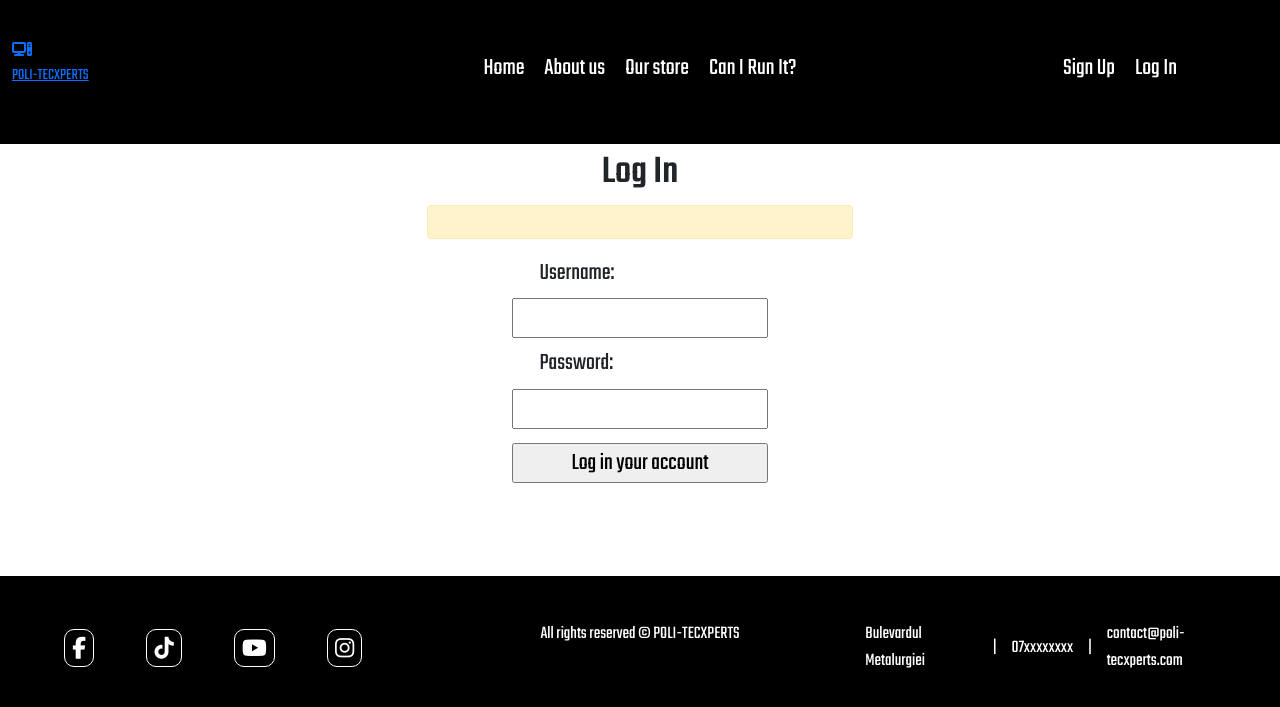
Repository: cristibtz/POLI_TECXPERTS
Page: login/login.html
An editor plug-in stored every save of this project. The page is shown before and after the next save, followed by the edit.
The browser window is 1280 px wide. The pictures show the whole page.

Above is the page before, as saved 2024-04-27 18:00:23.

After the next save:
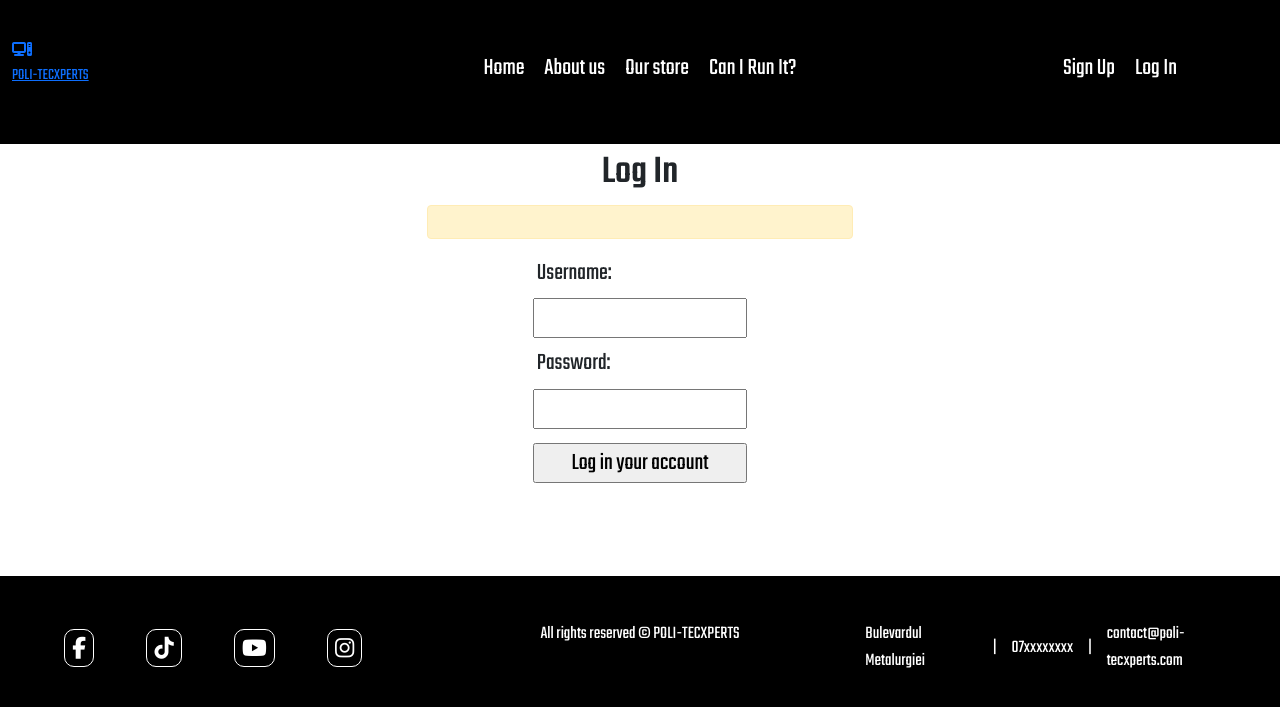
Saved 62 s later.
--- a/css/forms.css
+++ b/css/forms.css
@@ -1,6 +1,6 @@
 form .row input {
     margin: 1vh auto;
-    width: 20vw;
+    width: 50%;
     text-align: center;
     font-size: 24px;
     padding: 0;
@@ -10,5 +10,5 @@ label {
     padding: 0;
     margin: 0;
     font-size: 24px;
-    margin-left: 14vh;
+    margin-left: 23%;
 }
